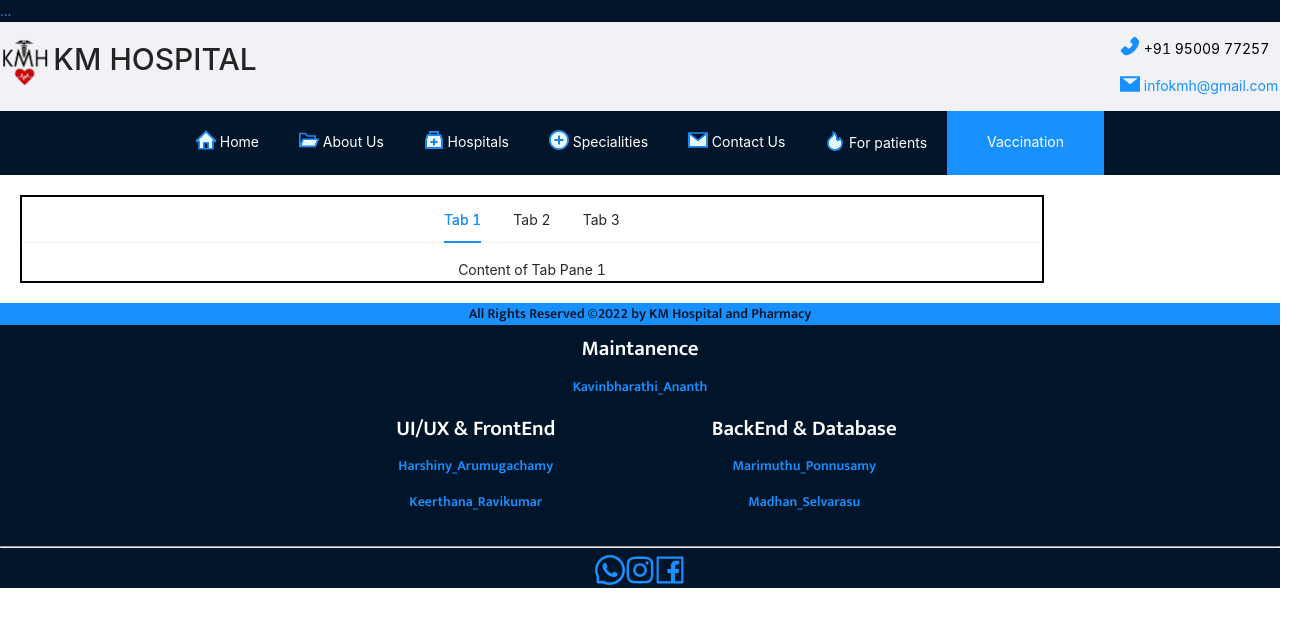
Repository: marimuthu1001/KHM-hospital
Page: /vaccination (app in km-hospital/)
An editor plug-in stored every save of this project. The page is shown before and after the next save, followed by the edit.
The browser window is 1280 px wide. The page is 1297 px wide, so the pictures cover 1297 px, including what lies to the right of the window. The pictures show the whole page.
The project was rebuilt for these pictures with package versions that can differ from the ones it lists, and the page was loaded fresh each time. Also part of the build but not shown: km-hospital/src/Pages/Home.jsx, km-hospital/src/Styles/ContactUs.module.css, km-hospital/src/Pages/ContactUs.jsx, km-hospital/src/Pages/AboutUS.jsx, km-hospital/src/Styles/Specialities.module.css, km-hospital/src/Pages/Specialities.jsx, km-hospital/src/Pages/For Patients/Bmi_Calculator.jsx, km-hospital/src/Styles/Appointment.module.css and 8 more.

Above is the page before, as saved 2022-03-02 20:22:09.

After the next save:
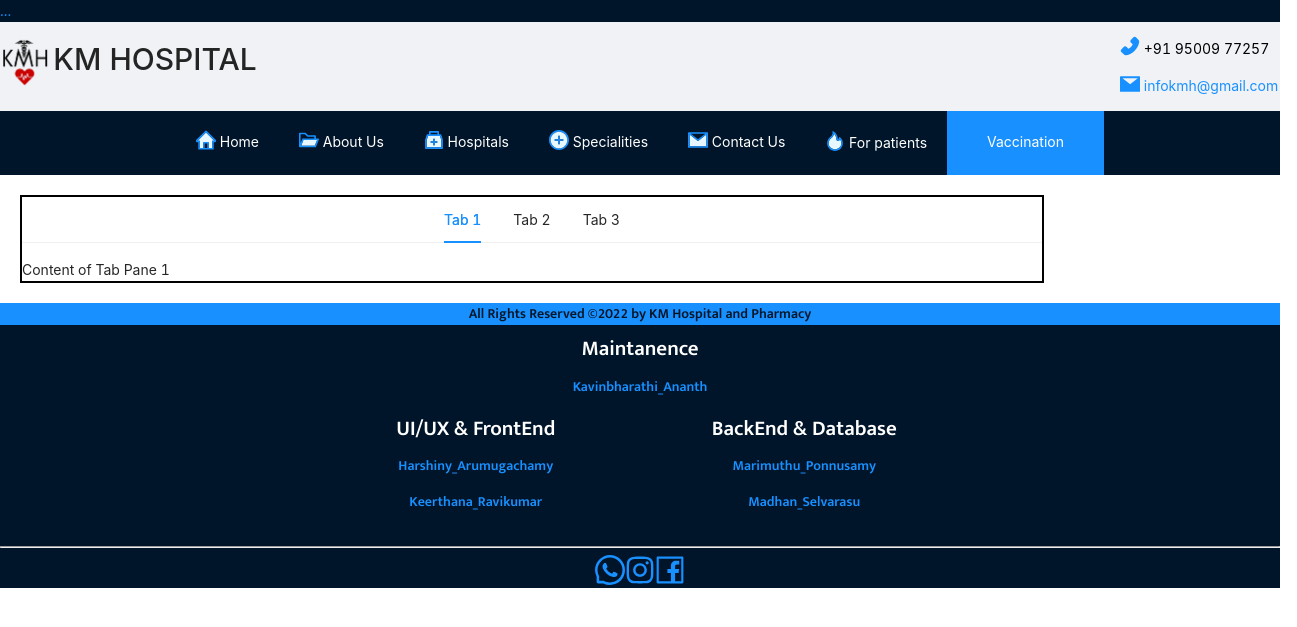
Saved 69 s later.
--- a/km-hospital/src/Pages/For Patients/Vaccination.jsx
+++ b/km-hospital/src/Pages/For Patients/Vaccination.jsx
@@ -19,7 +19,7 @@
   return(
 
 <div>
-    <div className={Styles.tab}>
+    <div xs={24} className={Styles.tab}>
         <Tabs defaultActiveKey="1" centered>
             <TabPane tab="Tab 1" key="1">
                 Content of Tab Pane 1
--- a/km-hospital/src/Styles/Vaccination.module.css
+++ b/km-hospital/src/Styles/Vaccination.module.css
@@ -1,6 +1,7 @@
 .tab{
     width:80%;
     margin:20px;
-    text-align:center;
+
+
     border:2px solid #000
 }

After the 2 saves that followed:
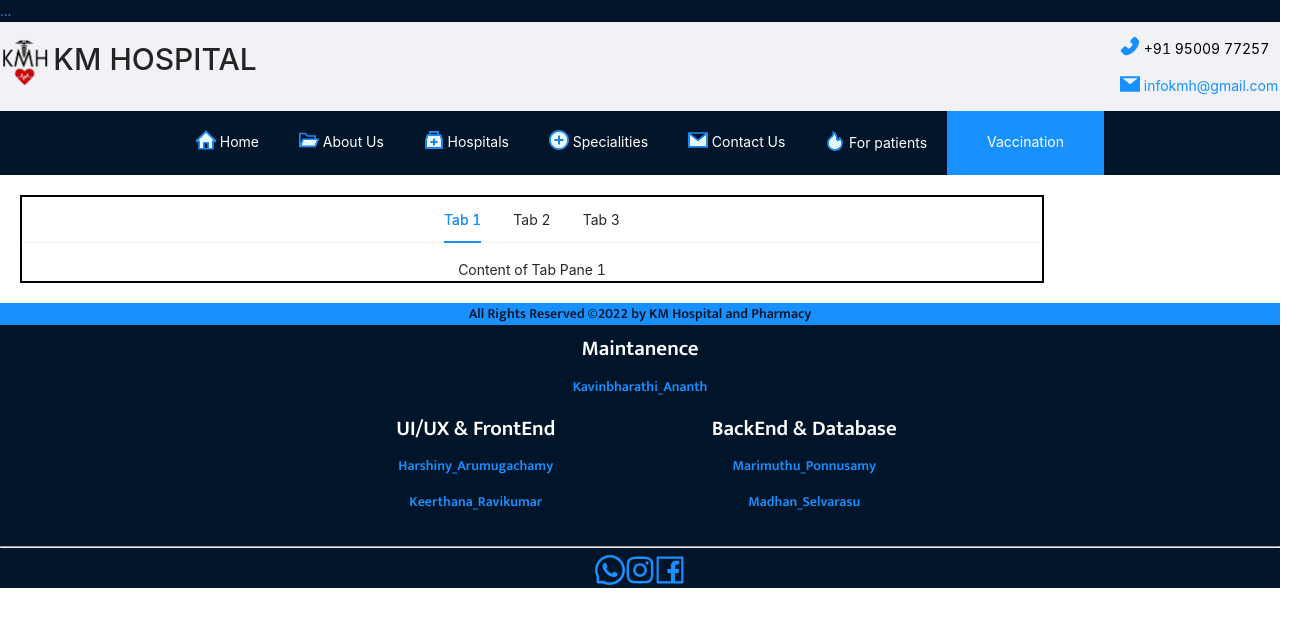
The 2 saves are shown as one change because 1 left the picture as it was.
The last was saved 18 s later.
--- a/km-hospital/src/Pages/For Patients/Vaccination.jsx
+++ b/km-hospital/src/Pages/For Patients/Vaccination.jsx
@@ -19,7 +19,7 @@
   return(
 
 <div>
-    <div xs={24} className={Styles.tab}>
+    <div lg={24} className={Styles.tab}>
         <Tabs defaultActiveKey="1" centered>
             <TabPane tab="Tab 1" key="1">
                 Content of Tab Pane 1
--- a/km-hospital/src/Styles/Vaccination.module.css
+++ b/km-hospital/src/Styles/Vaccination.module.css
@@ -2,6 +2,6 @@
     width:80%;
     margin:20px;
 
-
+    text-align:center;
     border:2px solid #000
 }
